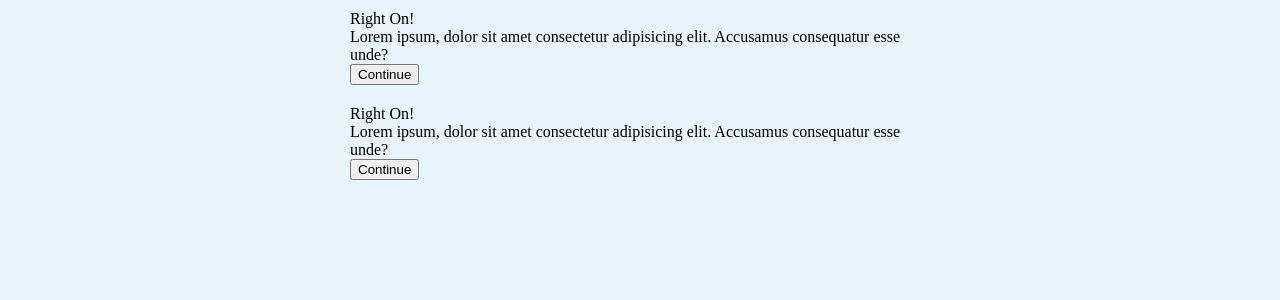
Repository: giahuy405/flash_message_BEM
Page: index.html
An editor plug-in stored every save of this project. The page is shown before and after the next save, followed by the edit.
The browser window is 1280 px wide. The pictures show the whole page.

Above is the page before, as saved 2022-09-06 02:15:20.

After the next save:
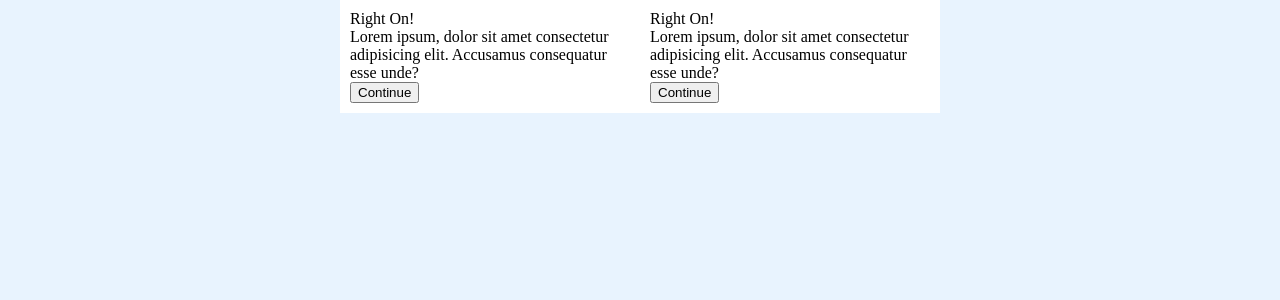
Saved 6 s later.
--- a/css/index.css
+++ b/css/index.css
@@ -13,7 +13,7 @@
     width: 600px;
     margin: 0 auto;
 }
-..flash-message__padding,..flash-message__padding{
+ .flash-message__padding,.flash-message__padding{
     float: left;
     width: 50%;
     background-color: white;
